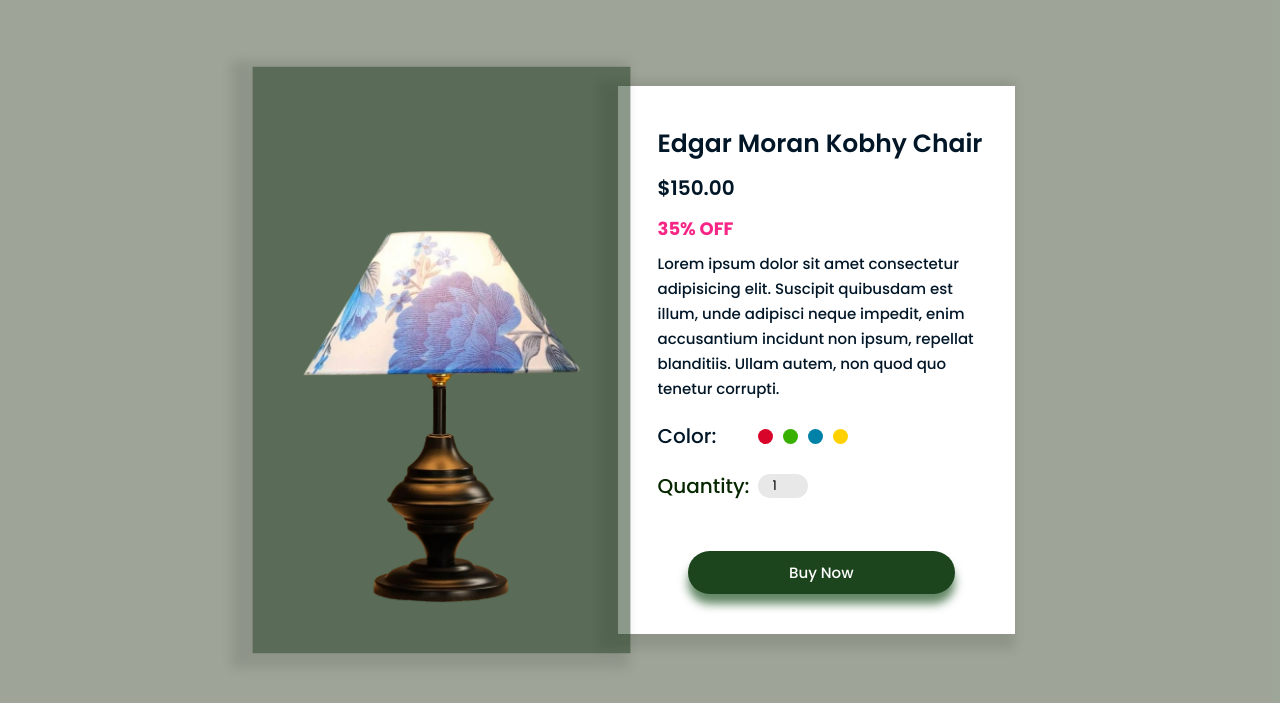
Repository: doua184/CasaLux
Page: single2.html
An editor plug-in stored every save of this project. The page is shown before and after the next save, followed by the edit.
The browser window is 1280 px wide. The pictures show the whole page.

Above is the page before, as saved 2025-04-05 19:44:17.

### single2.html
<!DOCTYPE html>
<html lang="en">
<head>
    <meta charset="UTF-8">
    <meta http-equiv="X-UA-Compatible" content="IE=edge">
    <meta name="viewport" content="width=device-width, initial-scale=1.0">
    <title>Single Product Page Design</title>
    <link rel="stylesheet" href="single.css">
</head>
<body>
    <section class="main-wrap">
        <div class="product">
            <div class="image-gallery">
                <img src="product-2.png" id="productImg" alt="">

            </div>
            <div class="product-details">
                <div class="details">
                    <h2>Edgar Moran Kobhy Chair</h2>
                    <h3>$150.00</h3>
                    <h4>35% OFF</h4>
                    <p>Lorem ipsum dolor sit amet consectetur adipisicing elit. Suscipit quibusdam est illum, unde adipisci neque impedit, enim accusantium incidunt non ipsum, repellat blanditiis. Ullam autem, non quod quo tenetur corrupti.</p>
                </div>

                <div class="colors">
                    <form class="form">
                        <div class="select-color">
                            <h3>Color:</h3>
                            <label for="red">
                                <input type="radio" name="color" id="red">
                                <span class="color-1"></span>
                            </label>
                            <label for="green">
                                <input type="radio" name="color" id="green">
                                <span class="color-2"></span>
                            </label>
                            <label for="blue">
                                <input type="radio" name="color" id="blue">
                                <span class="color-3"></span>
                            </label>
                            <label for="yellow">
                                <input type="radio" name="color" id="yellow">
                                <span class="color-4"></span>
                            </label>
                        </div>
                    </form>
                </div>
                <div class="quantity">
                    <div class="select-quantity">
                        <h3>Quantity:</h3>
                        <input type="number" name="quantity" value="1">
                    </div>
                </div>
                <div class="sub-btn">
                    <button class="submit">Buy Now</button>
                </div>
            </div>
        </div>

    </section>

</body>
</html>

### single.css
@import url('https://fonts.googleapis.com/css2?family=Poppins:ital,wght@0,100;0,200;0,300;0,400;0,500;0,600;0,700;0,800;0,900;1,100;1,200;1,300;1,400;1,500;1,600;1,700;1,800;1,900&display=swap');
*{
    margin: 0;
    padding: 0;
    box-sizing: border-box;
    font-family: 'Poppins', sans-serif;
}
.main-wrap{
    width: 100%;
    height: 100vh;
    display: flex;
    justify-content: center;
    align-items: center;
    background: #404d3581;
}
.main-wrap .product{
    width: 90%;
    max-width: 750px;
    display: flex;
}
.main-wrap .product .image-gallery{
    flex-basis: 47%;
    background: #18351880;
    box-shadow: -10px 5px 10px 10px rgba(0, 0, 0, 0.1);
    transform: scale(1.07);
    position: relative;
}

.main-wrap .product .image-gallery img{
    width: 100%;
    padding-top: 150px;
}
.main-wrap .product .image-gallery .controls{
    position: absolute;
    bottom: 40px;
    right: 20px;
}
.main-wrap .product .image-gallery .controls .btn{
    width: 10px;
    height: 10px;
    border-radius: 50%;
    background: rgba( 255, 255, 255, 0.5 );
    display: block;
    margin-bottom: 10px;
    cursor: pointer;
}
.main-wrap .product .image-gallery .controls .btn.active{
    background: #00b4d8;
}
.main-wrap .product .product-details{
    flex-basis: 53%;
    background: #fff;
    box-shadow: -10px 5px 10px 10px rgba(0, 0, 0, 0.1);
    padding: 40px 30px 40px 40px;
}
.main-wrap .product .product-details .details{
    margin-bottom: 20px;
}
.main-wrap .product .product-details .details h2{
    font-size: 25px;
    font-weight: 600;
    line-height: 35px;
    text-transform: capitalize;
    margin-bottom: 10px;
    color: #011627;
}
.main-wrap .product .product-details .details h3{
    font-size: 20px;
    font-weight: 600;
    line-height: 35px;
    margin-bottom: 10px;
    color: #011627;
}
.main-wrap .product .product-details .details h4{
    font-size: 18px;
    font-weight: 700;
    line-height: 25px;
    text-transform: uppercase;
    color: #f72585;
    margin-bottom: 10px;
}
.main-wrap .product .product-details .details p{
    font-size: 15px;
    font-weight: 500;
    line-height: 25px;
    color: #011627;
}
.main-wrap .product .product-details .sizes{
    margin-bottom: 20px;
}
.main-wrap .product .product-details .sizes .form .select-size{
    display: flex;
    align-items: center;
}
.main-wrap .product .product-details .sizes .form .select-size h3{
    width: 70px;
    margin-right: 30px;
    font-size: 20px;
    font-weight: 500;
    color: #011627;
}
.main-wrap .product .product-details .sizes .form .select-size label{
    display: flex;
    align-items: center;
}
.main-wrap .product .product-details .sizes .form .select-size label input{
    display: none;
}
.main-wrap .product .product-details .sizes .form .select-size label span{
    font-size: 18px;
    font-weight: 400;
    line-height: 25px;
    text-transform: uppercase;
    color: #011627;
    display: inline-block;
    margin-right: 10px;
    cursor: pointer;
}
.main-wrap .product .product-details .sizes .form .select-size label input:checked + span{
    font-weight: 600;
    color: #00b4d8;
}
.main-wrap .product .product-details .colors{
    margin-bottom: 20px;
}
.main-wrap .product .product-details .colors .form .select-color{
    display: flex;
    align-items: center;
}
.main-wrap .product .product-details .colors .form .select-color h3{
    width: 70px;
    margin-right: 30px;
    font-size: 20px;
    font-weight: 500;
    color: #011627;
}
.main-wrap .product .product-details .colors .form .select-color label{
    display: flex;
    align-items: center;
}
.main-wrap .product .product-details .colors .form .select-color input{
    display: none;
}
.main-wrap .product .product-details .colors .form .select-color span{
    display: inline-block;
    width: 15px;
    height: 15px;
    border-radius: 50%;
    margin-right: 10px;
    cursor: pointer;
}
.main-wrap .product .product-details .colors .form .select-color .color-1{
    background: #d90429;
}
.main-wrap .product .product-details .colors .form .select-color .color-2{
    background: #38b000;
}
.main-wrap .product .product-details .colors .form .select-color .color-3{
    background: #0081a7;
}
.main-wrap .product .product-details .colors .form .select-color .color-4{
    background: #ffd100;
}
.main-wrap .product .product-details .colors .form .select-color label input:checked + span{
    transform: scale(.7);
    box-shadow: 0 0 0 4px #fff, 0 0 0 6px #011627;
}
.main-wrap .product .product-details .quantity{
    margin-bottom: 50px;
}
.main-wrap .product .product-details .quantity .select-quantity{
    display: flex;
    align-items: center;
}
.main-wrap .product .product-details .quantity .select-quantity h3{
    width: 70px;
    margin-right: 30px;
    font-size: 20px;
    font-weight: 500;
    color: #072701;
}
.main-wrap .product .product-details .quantity .select-quantity input{
    background: #e8e8e8;
    border: 0;
    outline: 0;
    padding: 2px 2px 2px 15px;
    border-radius: 12px;
    width: 50px;
}
.main-wrap .product .product-details .sub-btn{
    padding: 0 30px;
}
.main-wrap .product .product-details .sub-btn .submit{
    width: 100%;
    padding: 10px;
    border: 0;
    outline: 0;
    background: #1c451d;
    color: #fff;
    font-size: 15px;
    font-weight: 500;
    border-radius: 30px;
    box-shadow: 0 10px 10px rgba(24, 78, 28, 0.678);
    cursor: pointer;
    transition: .4s linear;
    position: relative;
    overflow: hidden;
}
.main-wrap .product .product-details .sub-btn .submit:hover{
    background: #475745;
}
.main-wrap .product .product-details .sub-btn .submit::before{
    content: '';
    position: absolute;
    left: -100%;
    width: 100%;
    height: 100%;
    background: rgba( 255, 255, 255, 0.1 );
    transform: rotate(-45deg);
}
.main-wrap .product .product-details .sub-btn .submit:hover::before{
    animation: light .4s linear forwards;
}
@keyframes light{
    0%{
        left: -100%;
    }
    100%{
        left: 100%;
    }
}

After the next save:
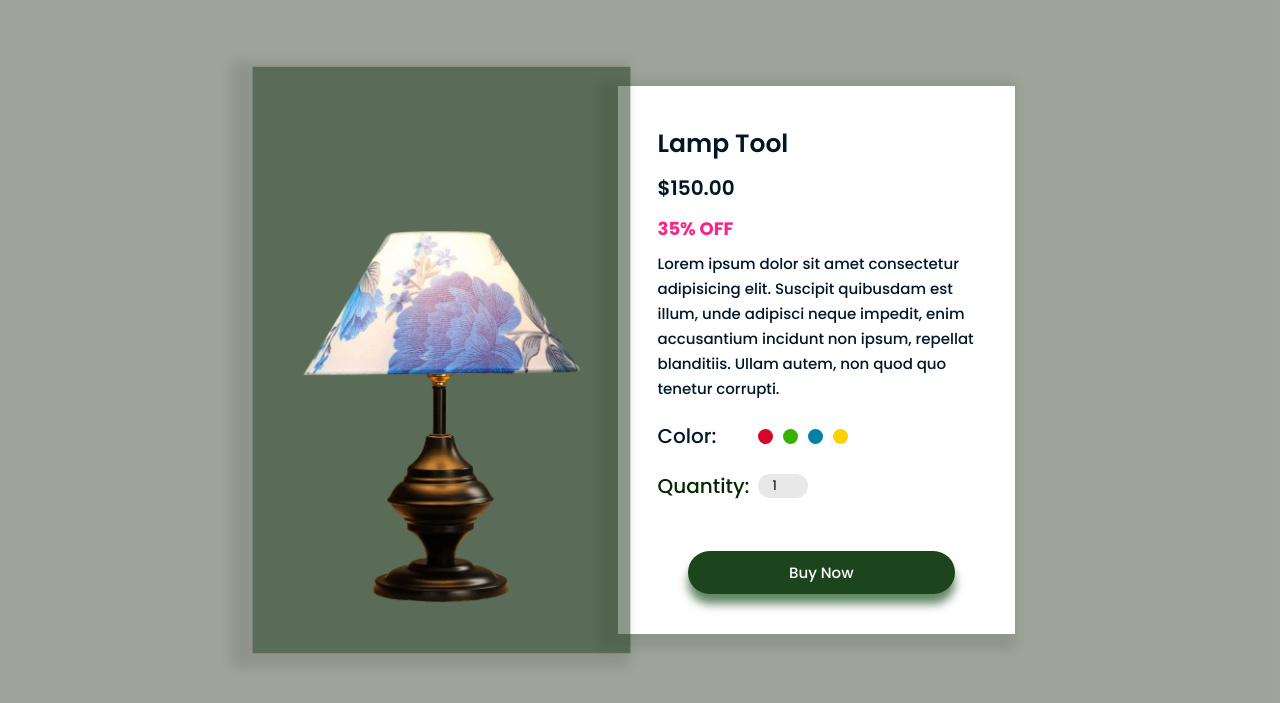
Saved 4 s later.
--- a/single2.html
+++ b/single2.html
@@ -16,7 +16,7 @@
             </div>
             <div class="product-details">
                 <div class="details">
-                    <h2>Edgar Moran Kobhy Chair</h2>
+                    <h2>Lamp Tool</h2>
                     <h3>$150.00</h3>
                     <h4>35% OFF</h4>
                     <p>Lorem ipsum dolor sit amet consectetur adipisicing elit. Suscipit quibusdam est illum, unde adipisci neque impedit, enim accusantium incidunt non ipsum, repellat blanditiis. Ullam autem, non quod quo tenetur corrupti.</p>
